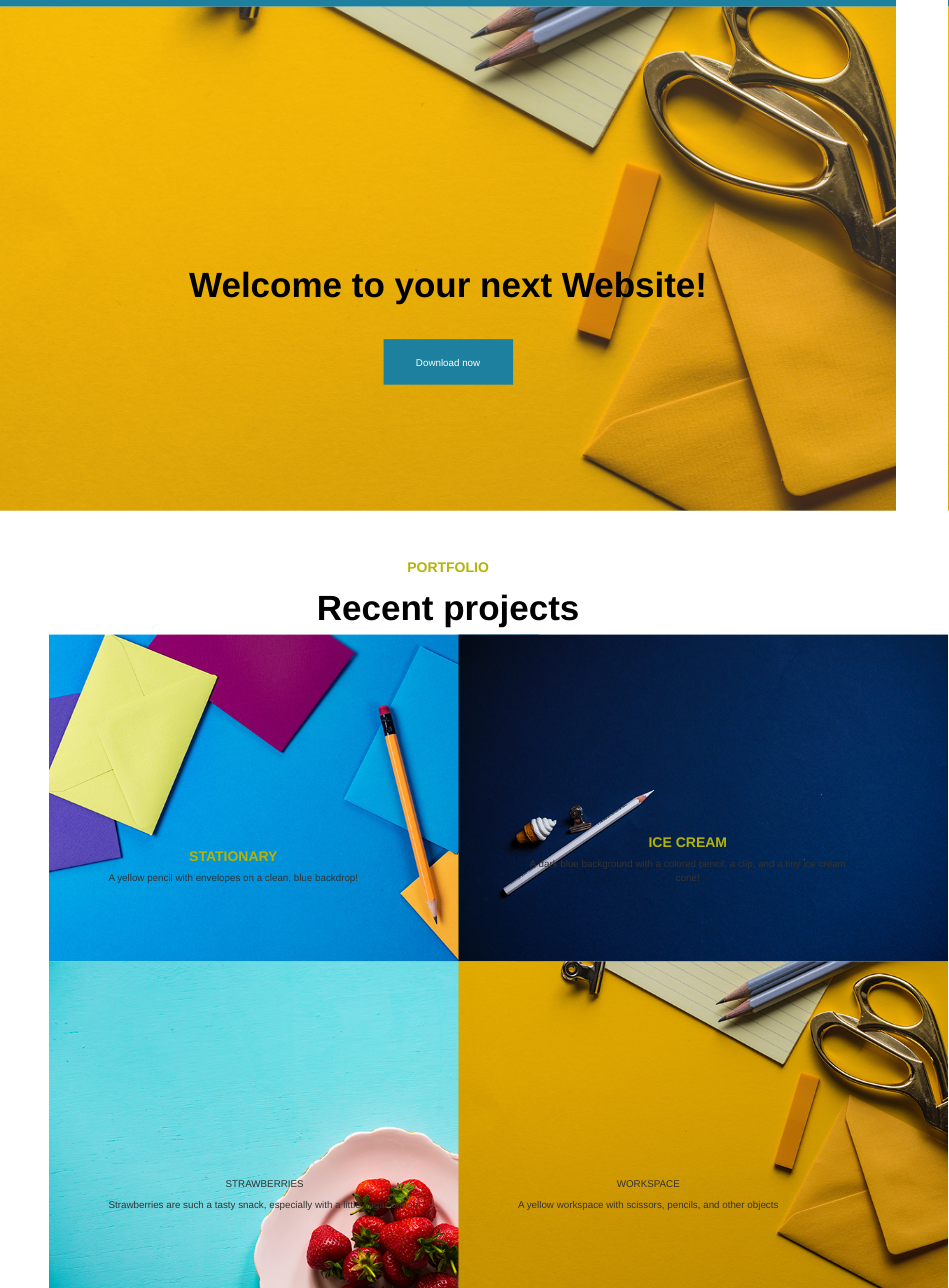
Repository: codin-full-stack/tomasz
Page: http://localhost/tomasz/portfolio/index.php
The author's editor kept a copy of each file at every save. The page is drawn from the files as they stood at one save, then again after a run of saves.
The browser window is 1280 px wide. The page is 1355 px wide, so the pictures cover 1355 px, including what lies to the right of the window. The pictures show the part of the page from y = 1702 to 3542 px (the page is 3542 px tall), at 70% of full size.
Some web libraries are served in a nearby version. The page is run by PHP 8.4 with error messages shown; the project is at /var/www/html/.

Above is the page before, as saved 2018-10-23 09:16:51.

After the next 2 saves:
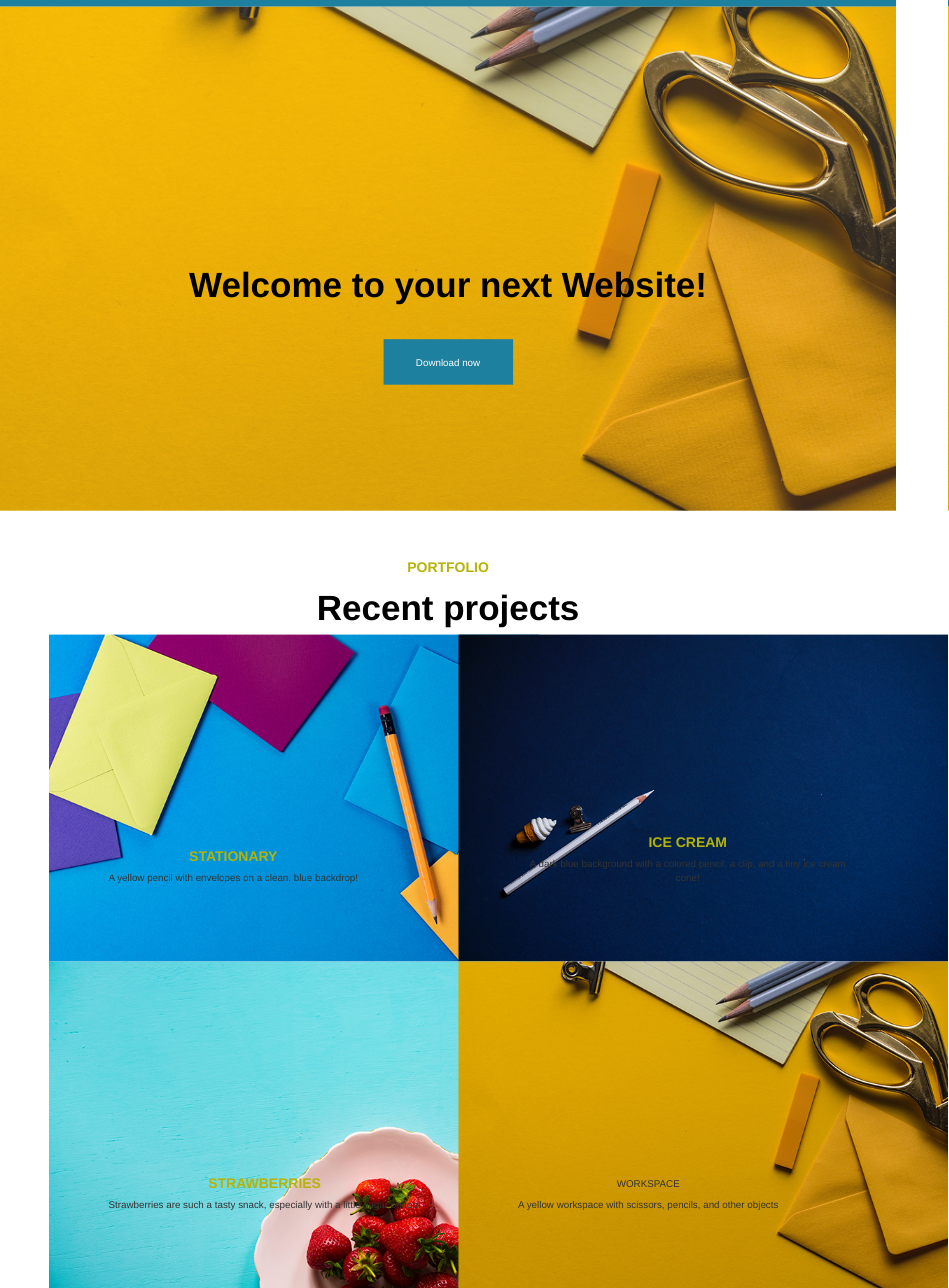
The 2 saves are shown as one change because they came seconds apart.
The last was saved 9 s later.
--- a/portfolio/index.php
+++ b/portfolio/index.php
@@ -100,7 +100,7 @@
               <div class="col-md-6">
               <img src="images/portfolio-3.jpg" alt="">
                 <div class="photobox">
-                  <p class="maintext6">STRAWBERRIES</p>
+                  <h2 class="maintext6">STRAWBERRIES</h2>
                   <p class="secondtext6">Strawberries are such a tasty snack, especially with a little sugar on top!</p>
                 </div>
               </div>
